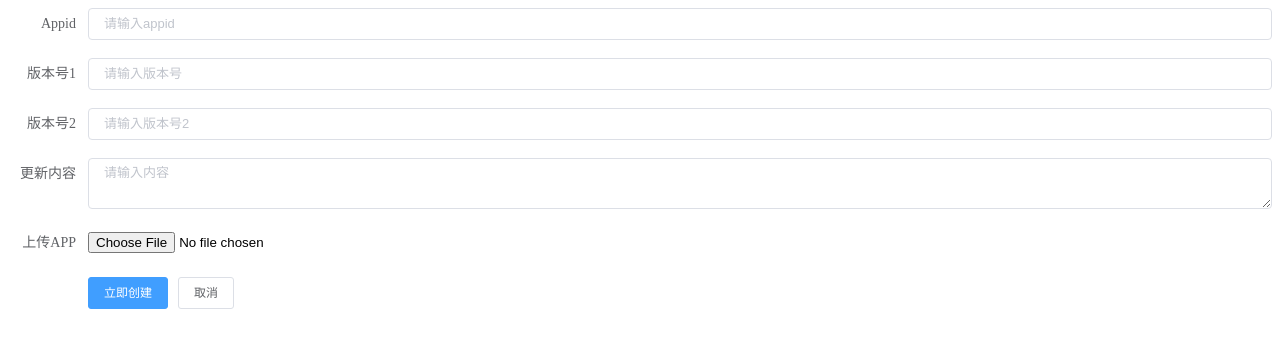
Repository: wfj01/Qmhht
Page: /#/Upload
The author's editor kept a copy of each file at every save. The page is drawn from the files as they stood at one save, then again after the next save.
The browser window is 1280 px wide. The pictures show the whole page.
The project was rebuilt for these pictures with package versions that can differ from the ones it lists, and the page was loaded fresh each time. Also part of the build but not shown: src/components/HelloWorld.vue, src/view/msite.vue, src/view/index/index.vue, src/view/index/home/home.vue, src/view/login/login.vue, src/components/add/adduser.vue, src/view/table/table.vue.

Above is the page before, as saved 2021-01-16 16:32:06.
Console error: TypeError: Cannot read properties of undefined (reading 'protocol')

After the next save:
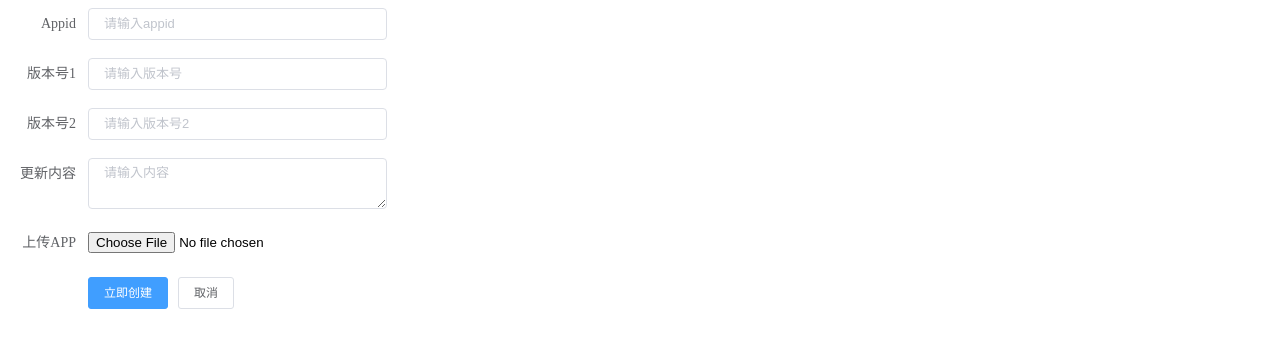
Saved 32 s later.
--- a/src/view/uploadfile/index.vue
+++ b/src/view/uploadfile/index.vue
@@ -1,5 +1,5 @@
 <template>
-  <el-form ref="form" :model="form" label-width="80px">
+  <el-form class="elform"  ref="form" :model="form" label-width="80px">
     <el-form-item label="Appid">
       <el-input v-model="form.appid" placeholder="请输入appid"></el-input>
     </el-form-item>
@@ -88,4 +88,7 @@ export default {
 </script>
 
 <style scoped>
+.elform{
+    width: 30%;
+}
 </style>
